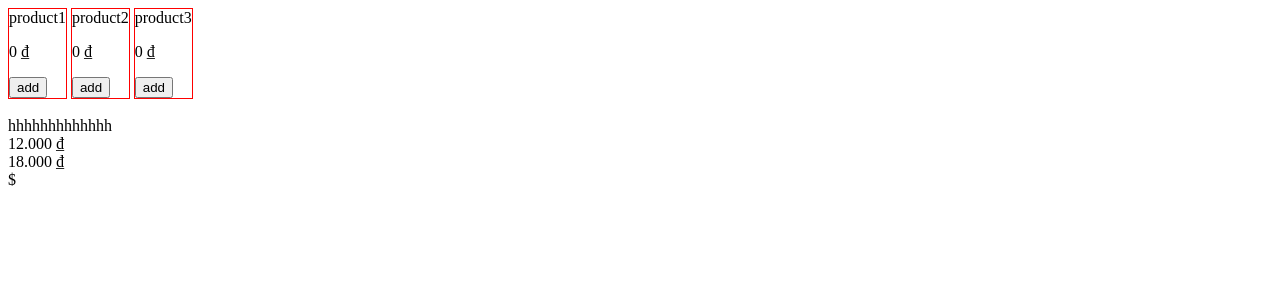
Repository: quynh232000/javascript-basic
Page: Lab5/demo.html
The author's editor kept a copy of each file at every save. The page is drawn from the files as they stood at one save, then again after the next save.
The browser window is 1280 px wide. The pictures show the whole page.

Above is the page before, as saved 2023-07-27 22:51:03.

After the next save:
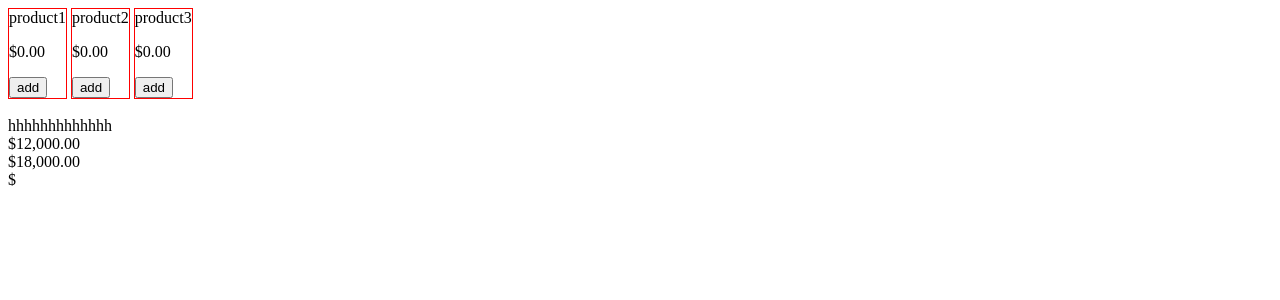
Saved 50 s later.
--- a/Lab5/demo.html
+++ b/Lab5/demo.html
@@ -45,9 +45,9 @@
 
       let total = 0;
       let btnDeletes = [];
-      const VND = new Intl.NumberFormat("vi-VN", {
+      const VND = new Intl.NumberFormat("en-EN", {
         style: "currency",
-        currency: "VND",
+        currency: "USD",
       });
       document.querySelectorAll(".price").forEach((item) => {
         item.textContent = VND.format(item.getAttribute("price"));
